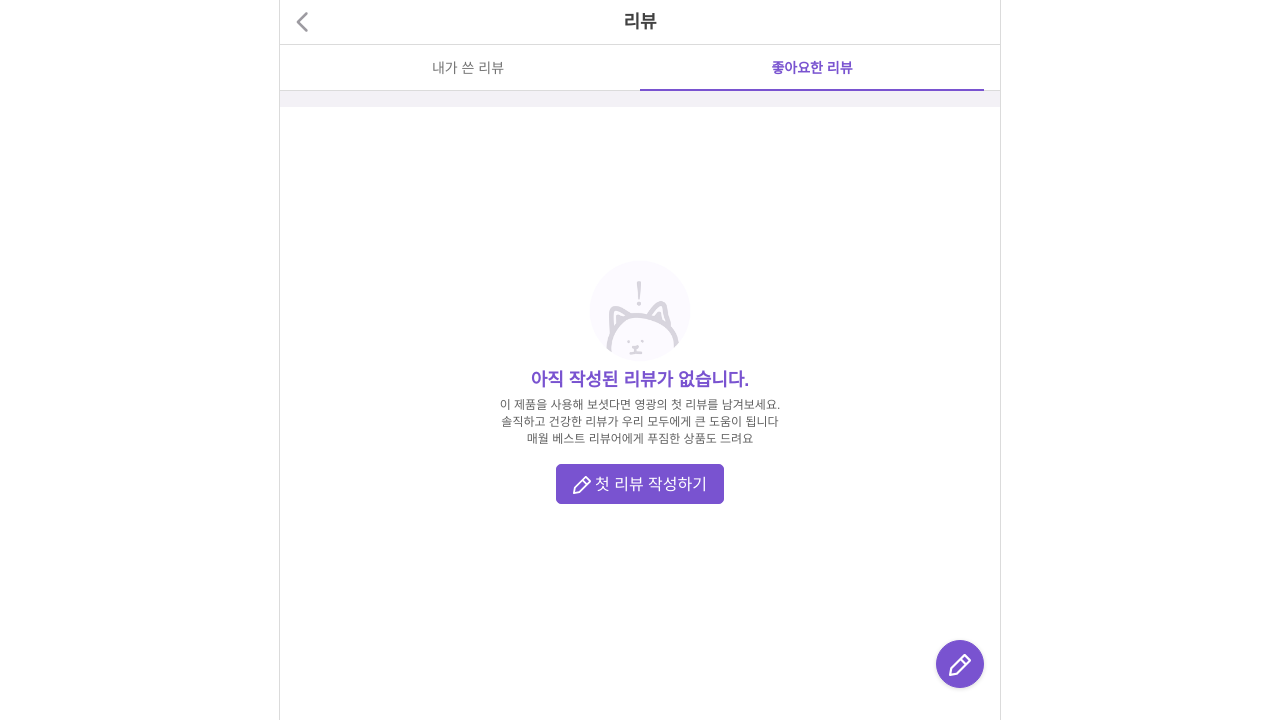
Repository: gosun1018/denguru
Page: my_review_like_noreview.html
These files come from the project's save history. The page is drawn as it stood at one moment and after the next save; the edit follows.
The browser window is 1280 px wide. The pictures show the whole page.
Some web fonts or font styles are not loaded; a fallback is used. The style sheet was rebuilt from its Sass, Less or Tailwind sources for each picture, by a compiler version that may differ from the author's.

Above is the page before, as saved 2020-03-20 17:53:48.

### my_review_like_noreview.html
<!DOCTYPE html>
<html lang="ko">
<head>
    <meta charset="UTF-8">
    <meta name="viewport" content="width=device-width, initial-scale=1.0">
    <title>DENGURU:: 리뷰</title>
    <link rel="stylesheet" href="https://unpkg.com/swiper/css/swiper.min.css">
    <link rel="stylesheet" href="css/main.css">
    <script src="https://unpkg.com/swiper/js/swiper.min.js"></script>
</head>
<body>
    <div class="wrap">
        <header class="header03 header03_white">
            <h1 class="h_title">리뷰</h1>
            <div class="btn_box">
                <a href="index.html" class="btn_goback btn_left">
                    <img src="images/icon-goback.svg" alt="이전페이지" class="icon">
                </a>
            </div>
        </header>
        <div class="main">
            <div class="pd_header03"></div>
            <div class="tab_nav02">
                <a href="my_review_mine.html" class="tab_nav_link"><span>내가 쓴 리뷰</span></a>
                <a href="my_review_like.html" class="tab_nav_link active"><span>좋아요한 리뷰</span></a>
            </div>

            <div class="review_item_container">
                <div class="btn_fixed_box btn_fixed_box_nognb">
                    <a href="home_review_write.html" class="btn btn_circle btn_main btn_write"><img src="images/icon-write.svg" alt="리뷰쓰기" class="icon"></a>
                </div>
                <div class="noreview_message_container">
                    <div>
                        <div class="img_box img_noreview"><img src="images/profile-noimg.png" alt="" class="img"></div>
                        <div class="txt01 txt_center">아직 작성된 리뷰가 없습니다.</div>
                        <div class="txt02 txt_center">
                            이 제품을 사용해 보셧다면 영광의 첫 리뷰를 남겨보세요.
                            <br>
                            솔직하고 건강한 리뷰가 우리 모두에게 큰 도움이 됩니다
                            <br>
                            매월 베스트 리뷰어에게 푸짐한 상품도 드려요
                        </div>
                        <div class="btn_box">
                            <a href="" class="btn btn_center btn_big btn_main btn_noreiew_write">
                                <img src="images/icon-write.svg" alt="" class="icon"> 첫 리뷰 작성하기
                            </a>
                        </div>
                    </div>
                </div>
            </div>
        </div>
        <div class="popup_wrap">
            <div class="popup_container popup_center" id="popupProreviewer">
                <div class="popup_txt_box">
                    <div class="popup_txt_title">
                        프로리뷰어 리뷰란?
                    </div>
                    <div class="popup_txt_sub">
                        댕구루 프로리뷰어로 선정된 사용자가 해당 제품을 무료로 제공받아 댕구루를 대표하는 마음으로 어떠한 가이드 없이 솔직하게 평가한 리뷰 입니다.
                    </div>
                    <div class="popup_txt_sub">
                        프로리뷰어의 리뷰도 일반 리뷰와 동일한 엄격한 확인 과정을 거쳐 작성 기준에 맞지 않을 경우 수정 요청 처리됩니다.
                    </div>
                </div>
                <div class="popup_btn_box">
                    <button class="btn btn_main btn_full_popup" onclick="closePopup('popupProreviewer');">확 인</button>
                </div>

            </div>
        </div>
    </div>

    <script>
        var elBtnProfileHeart = document.querySelectorAll('.btn_profile_heart');//사용자 프로필
        var elReviewHeart = document.querySelectorAll('.btn_like');

        var BTN_NORMAL_LINE = 'btn_normal_line';
        var BTN_MAIN_LINE = 'btn_main_line';
        var hrefHeart = 'images/icon-heart.svg';
        var hrefHeartO = 'images/icon-heart-o.svg';

        function changeBtnStyle(el){
            if(el.classList.contains(BTN_NORMAL_LINE)){
                el.classList.remove(BTN_NORMAL_LINE);
                el.classList.add(BTN_MAIN_LINE);
                el.querySelector('.icon').setAttribute('src',hrefHeart);
                el.blur();
            } else if(el.classList.contains(BTN_MAIN_LINE)){
                el.classList.remove(BTN_MAIN_LINE);
                el.classList.add(BTN_NORMAL_LINE);
                el.querySelector('.icon').setAttribute('src',hrefHeartO);
                el.blur();
            }
        }

        elBtnProfileHeart.forEach(function(el){
            el.addEventListener('click',function(){
                changeBtnStyle(this);
            });
        });

        elReviewHeart.forEach(function(el){
            el.addEventListener('click',function(){
                var elNum = el.querySelector('.num');
                var numberLike = elNum.textContent;

                if(el.classList.contains(BTN_NORMAL_LINE)){
                    elNum.textContent = Number(numberLike) + 1;
                }else if(el.classList.contains(BTN_MAIN_LINE)){
                    elNum.textContent = Number(numberLike) - 1;
                }
                changeBtnStyle(this);
            });
        })

        //프로리뷰어 리뷰팝업
        var elBtnProreviewer = document.querySelectorAll('.btn_proreviewer');
        var elPopupWrap = document.querySelector('.popup_wrap');
        var SHOW = 'show';

        function openPopup(id){
            var elPopupContainer = document.getElementById(id);

            elPopupWrap.classList.add(SHOW);
            elPopupContainer.classList.add(SHOW);
        }
        function closePopup(id){
            var elPopupContainer = document.getElementById(id);

            elPopupWrap.classList.remove(SHOW);
            elPopupContainer.classList.remove(SHOW);
        }

        elBtnProreviewer.forEach(function(el){
            el.addEventListener('click', function(){
                openPopup('popupProreviewer');
            });
        });

        // 리뷰이미지 swiper
        var swiper = new Swiper('.review_list02 .review_img_container', {
            slidesPerView: 'auto',
            spaceBetween: 0,
            freeMode: true,
        });
    </script>
</body>
</html>

### css/scss/main.scss
@charset "utf-8";

//utils
@import "utils/variables";
@import "utils/mixins";
@import "utils/animations";

// base
@import "base/reset";
@import "base/layout";
@import "base/typography";

//modules
@import "modules/swipercustom";
@import "modules/form";
@import "modules/button";
@import "modules/popup";
@import "modules/popover";
@import "modules/toast";
@import "modules/pagination";

//component
@import "component/header";
@import "component/navigation";
@import "component/itemlist";
@import "component/reviewlist";
@import "component/taglist";
@import "component/postlist";
@import "component/postcontent";

//pages
@import "pages/mainpg";
@import "pages/search";
@import "pages/resister-pet";
@import "pages/review";
@import "pages/home-item-info";
@import "pages/gostore";
@import "pages/password-mail-complete";
@import "pages/storelist";
@import "pages/my-main";
@import "pages/my-notification";
@import "pages/members";
@import "pages/withdrawal";
@import "pages/order-history";

### css/scss/utils/_mixins.scss
@mixin clearfix {
    &:after {
        content: '';
        display: block;
        clear: both;
    }
}

@mixin position-center($position) {
    position: $position;
    top: 50%;
    left: 50%;
    transform: translate(-50%, -50%);
}

@mixin one-line-ellipsis {
    white-space: nowrap;
    text-overflow: ellipsis;
    overflow: hidden;
}

@mixin multi-line-ellipsis ($line-height, $lines) {
    overflow: hidden;
    text-overflow: ellipsis;
    display: -webkit-box;
    -webkit-line-clamp: $lines;
    -webkit-box-orient: vertical;
    word-wrap: break-word;
    line-height: $line-height;
    height: $line-height * $lines * 1em;
}

@mixin circle ($box-size) {
    width: $box-size;
    height: $box-size;
    border-radius: $box-size / 2;
}

@mixin blind {
    position: absolute;
    overflow: hidden;
    clip: rect(0 0 0 0);
    margin: -1px;
    width: 1px;
    height: 1px;
}

@mixin layout-frame {
    width: 100%;
    max-width: 720px;
    min-width: 320px;
}

@mixin thumnail {
    position: relative;
    overflow: hidden;

    .img {
        position: absolute;
        top: 0;
        left: 0;
        width: 100%;
        height: 100%;
        object-fit: cover;
    }
}

@mixin thumnail-border($radius) {
    position: relative;

    &:after {
        content: '';
        position: absolute;
        top: 0;
        left: 0;
        width: 100%;
        height: 100%;
        box-sizing: border-box;
        border: 1px solid rgba($gray-2, 0.5);
        border-radius: $radius;
    }
}

@mixin btn-color-full($color) {
    background-color: $color;
    border: 1px solid $color;
}

### css/scss/utils/_animations.scss
@keyframes width-0-to-100 {
    from {
        width: 0;
    }

    to {
        width: 100%;
    }
}

### css/scss/base/_reset.scss
/* http://meyerweb.com/eric/tools/css/reset/
   v2.0 | 20110126
   License: none (public domain)
*/

html, body, div, span, applet, object, iframe, h1, h2, h3, h4, h5, h6, p, blockquote, pre, a, abbr, acronym, address, big, cite, code, del, dfn, em, img, ins, kbd, q, s, samp, small, strike, strong, sub, sup, tt, var, b, u, i, center, dl, dt, dd, ol, ul, li, fieldset, form, label, legend, table, caption, tbody, tfoot, thead, tr, th, td, article, aside, canvas, details, embed, figure, figcaption, footer, header, hgroup, menu, nav, output, ruby, section, summary, time, mark, audio, video {
    margin: 0;
    padding: 0;
    border: 0;
    font-size: 100%;
    font: inherit;
    vertical-align: baseline; }

  /* HTML5 display-role reset for older browsers */

  article, aside, details, figcaption, figure, footer, header, hgroup, menu, nav, section {
    display: block; }

  body {
    line-height: 1; }

  ol, ul {
    list-style: none; }

  blockquote, q {
    quotes: none; }

  blockquote {
    &:before, &:after {
      content: '';
      content: none; } }

  q {
    &:before, &:after {
      content: '';
      content: none; } }

  table {
    border-collapse: collapse;
    border-spacing: 0; }

  a {
    color: inherit;
    text-decoration: none;
  }
  :focus {
    outline-color: $main-color;
  }

### css/scss/base/_layout.scss
body {
    display: flex;
    min-height: 100vh;
    font-family: $base-font-family;
}
.blind {
    @include blind;
}
.clearfix {
    @include clearfix;
}
.wrap {
    display: flex;
    flex-direction: column;
    flex: 1;
    @include layout-frame;
    margin: 0 auto;
    background-color: $bg-gray-color;
}
@media screen and (min-width: 722px) {
    .wrap {
        border-right: $light-border;
        border-left: $light-border;
    }
}
.main {
    display: flex;
    flex-direction: column;
    min-height: 100vh;
}
.img_box {
    font-size: 0;

    .img {
        width: 100%;
        font-size: 12px;
    }
}
.vis_hidden {
    visibility: hidden;
}
.sect01 {
    padding: $layout-base-padding*3 0 0;
    margin-bottom: $layout-base-padding;
    background-color: $gray-0;

    .btn_box_bottom {
        margin-top: $layout-large-padding;
    }
    .btn_more {
        display: block;
        height: $layout-base-padding * 3;
        line-height: $layout-base-padding * 3;
        font-size: $base-font-size;
        border-top: $light-border;
        text-align: center;
        color: $main-font-color;
        font-weight: bold;

        .icon {
            width: 1.1em;
            vertical-align: middle;
        }
    }
}
.sect02 {
    padding: $layout-base-padding*3 0;
    margin-bottom: $layout-base-padding;
    background-color: $gray-0;

    .swiper-pagination {
        bottom: 0;
    }
    .items_wrap {
        padding-bottom: 10px;
    }
}
.sect03 {
    padding: $layout-small-padding;
    background-color: $gray-0;
}
.sect04 {
    margin-top: $layout-base-padding;
    background-color: $gray-0;
}
.sect05 {
    padding: $layout-large-padding 0;
    background-color: $gray-0;
}
.sect06 {
    padding: $layout-base-padding*2 0;
    background-color: $gray-0;
}
.sect_ad01 {
    font-size: 0;

    .bnr {
        width: 100%;
        font-size: 12px;
    }
}
.mt_head02 {
    margin-top: $layout-base-padding * 3.5;
}

### css/scss/modules/_swipercustom.scss
.swiper-pagination {

    .swiper-pagination-bullet {
        width: 10px;
        height: 10px;
    }
}
.swiper-container-horizontal>.swiper-pagination-bullets .swiper-pagination-bullet {
    margin: 0 $layout-small-padding;
}

.pagination_main {

    .swiper-pagination-bullet-active {
        background-color: $main-color;
    }
}
.swiper-pagination {font-size: 0;}

.items_wrap.swiper-container {
    padding: 0 $layout-base-padding 10px;
}

### css/scss/modules/_popover.scss
.popover_container {
    position: relative;
}
.popover {
    display: none;
    position: absolute;
    padding: 8px;
    border-radius: $base-border-radius;
    word-break: keep-all;
    font-size: $base-font-size;
    line-height: $base-line-height;
    box-shadow: 0 1px 4px rgba(0,0,0,0.15);

    &:before {
        content: '';
        position: absolute;
        display: block;
        width: 0;
        height: 0;
        border: 5px solid transparent;
    }
    &.show {
        display: block;
    }
}
.popover_main {
    background-color: $main-color;
    color: $gray-0;

    &.popover_right_top:before {
        border-bottom-color: $main-color;
    }
}
.popover_right_top{
    top: calc(100% + 5px);
    right: -3px;

    &:before {
        top: -10px;
        right: 5px;
    }
}

### css/scss/modules/_toast.scss
.toast_box {
    position: fixed;
    bottom: $gnb-bottom-height;
    left: $layout-base-padding;
    right: $layout-base-padding;
    display: flex;
    justify-content: center;
    align-items: center;
    padding: $layout-small-padding;
    min-height: 48px;
    box-sizing: border-box;
    background-color: rgba(0,0,0,0.85);
    color: #fff;
    font-size: $base-font-size;
    line-height: $base-line-height;
    text-align: center;
    word-break: keep-all;
    border-radius: $large-border-radius;
    overflow: hidden;
    visibility: hidden;
    opacity: 0;
    transition: opacity .5s, visibility .5s, transform .5s;
    z-index: 900;

    &.show {
        opacity: 1;
        visibility: visible;
        transform: translate(0, $layout-small-padding*-1);
    }
}

### css/scss/modules/_pagination.scss
.pagination01 {
    display: flex;
    justify-content: center;

    .page {
        height: 24px;
        min-width: 24px;
        padding: 0 3px;
        box-sizing: border-box;
        border-radius: 12px;
        margin: 0 4px;
        text-align: center;
        font-size: $base-font-size;
        line-height: 24px;
        color: $light-font-color;

        &.active {
            background-color: $main-color;
            color: $gray-0;
            font-weight: 900;
        }
        &.disabled {
            opacity: .5;
        }
    }
    .page_link {
        display: block;
        width: 100%;
        height: 100%;
    }
}

### css/scss/component/_taglist.scss
.tag_list01 {

    .tag_item {
        width: fit-content;
        float: left;

        .btn {
            margin: 0 4px;
        }
        &:first-child .btn {
            margin-left: $layout-base-padding;
        }
        &:last-child .btn {
            margin-right: $layout-base-padding;
        }

        &.active .btn {
            font-weight: bold;
            background-color: $secondary-color;
            border-color: $secondary-color;
        }
    }
}

### css/scss/component/_postlist.scss
.post_list_wrap {
    flex: 1;
    padding: $layout-small-padding 0 $layout-base-padding;
    background-color: $gray-0;

    .pagination01 {
        margin-top: $layout-base-padding * 2;
    }
}

.post_list01 {
    padding: 0 $layout-base-padding;

    .post_item {
        padding: $layout-base-padding 0;
        border-bottom: $light-border;
    }
    .post_date {
        margin-bottom: $layout-small-padding;
        font-size: $small-font-size;
        color: $light-font-color;
    }
    .post_title {
        font-size: $base-font-size;
        color: $bold-font-color;
        @include multi-line-ellipsis($base-line-height,2);
        height: auto;
        max-height: $base-line-height * 2em;

        .icon_new {
            height: 1em;
            vertical-align: middle;
        }
    }
}

### css/scss/component/_postcontent.scss
.post_content_wrap {
    flex: 1;
    display: flex;
    flex-direction: column;
}
.post_content_title_container {
    padding: $layout-base-padding;
    border-bottom: $light-border;

    .post_content_title {
        font-size: $large-font-size;
        line-height: $base-line-height;
        font-weight: bold;
        color: $base-font-color;
    }
    .post_content_date {
        margin-top: $layout-small-padding;
        font-size: $small-font-size;
        color: $light-font-color;
    }
}
.post_content_article {
    min-height: 200px;
    padding: $layout-large-padding $layout-base-padding;
    background-color: $gray-0;
    font-size: $mid-font-size;
    line-height: $mid-line-height;
    color: $base-font-color;
}
.post_content_link_container {
    flex: 1;
    padding: 0 $layout-base-padding;
    margin-top: $layout-base-padding;
    background-color: $gray-0;

    .post_content_link_box {
        margin-top: $layout-small-padding;
    }
    .post_content_link {
        display: flex;
        align-items: center;
    }
    .icon_box {
        width: 24px;
        height: 24px;

        .img {
            width: 100%;
            height: 100%;
        }
    }
    .post_page {
        margin: 0 $layout-small-padding;
        font-size: $mid-font-size;
        color: $base-font-color;
    }
    .post_title {
        font-size: $base-font-size;
        color: $bold-font-color;
        @include one-line-ellipsis;
    }

}

### css/scss/pages/_gostore.scss
.h_load_bar_box {
    display: none;
    width: 100%;
    height: 4px;
    background-color: $bg-gray-color;
    overflow: hidden;

    &.show {
        display: block;
    }

    .h_load_bar {
        width: 0;
        height: 100%;
        background-color: $main-color;
        border-radius: 0 2px 2px 0;
        animation: ease-in-out 5s forwards width-0-to-100;
    }
}

.load_gostore_container {
    display: none;
    flex: 1;
    box-sizing: border-box;
    flex-direction: column;
    background-color: $gray-0;

    &.show {
        display: flex;
    }

    .load_img_container {
        display: flex;
        flex: 7;
        justify-content: center;
        align-items: center;
    }
    .load_img_box {
        width: 140px;
        margin: 0 auto 22px;
    }
    .load_txt_box {
        text-align: center;

        .txt01 {
            font-size: 20px;
            color: $base-font-color;
            font-weight: 900;
        }
        .txt02 {
            margin-top: $layout-small-padding;
            font-size: $large-font-size;
            color: $base-font-color;
        }
        .emph {
            color: $main-font-color;
        }
    }
    .load_notice_container {
        display: flex;
        justify-content: center;
        align-items: center;
        flex: 3;
        background-color: $gray-1;
        text-align: center;
        font-size: $small-font-size;
        line-height: $base-line-height;
        color: $light-font-color;
    }
}
.page_store {
    display: none;
    flex: 1;
    overflow-y: auto;
    overflow-x: hidden;

    &.show {
        display: block;
    }
}

### css/scss/pages/_password-mail-complete.scss
.mail_complete_container {
    height: 100vh;
    display: flex;
    flex-direction: column;
    justify-content: center;
    align-items: center;
    background-color: $gray-0;

    .img_motion_box {
        width: 140px;
        margin: 0 auto;

        .img {
            width: 100%;
        }
    }
    .mail_complete_txt01 {
        margin-top: $layout-large-padding;
        text-align: center;
        font-size: 20px;
        line-height: $narrow-line-height;
        font-weight: 900;

        .emph {
            color: #8054ea;
        }
    }
    .mail_complete_txt02 {
        margin-top: 12px;
        text-align: center;
        font-size: $base-font-size;
        line-height: $base-line-height;
        color: $base-font-color;
    }
    .btn_box {
        margin-top: 60px;
        justify-content: center;
    }
    .btn_mail_success {
        width: 90px;
        height: 40px;
        font-size: $large-font-size;
        line-height: 40px;
    }
}

### css/scss/pages/_my-notification.scss
.notification_list_container {
    background-color: $gray-0;

    .notification_box {
        position: relative;
        padding: $layout-large-padding $layout-base-padding;

        &:not(:first-child):before {
            content: '';
            display: block;
            position: absolute;
            top: 0;
            left: $layout-base-padding;
            right: $layout-base-padding;
            height: 1px;
            background-color: $gray-1;
        }
    }
    .notification_new {
        background-color: $bg-gray-color;
    }
    .notification_link {
        display: flex;
    }
    .icon_box {
        flex-shrink: 0;
        width: 24px;
        height: 24px;
        margin-right: $layout-base-padding;
    }
    .notification_content {
        flex: 1;
    }
    .notification_title {
        font-size: $base-font-size;
        color: $bold-font-color;
        line-height: $base-line-height;
    }
    .notification_date {
        margin-top: 4px;
        font-size: $small-font-size;
        color: $light-font-color;
    }
    .notification_img {
        margin-top: $layout-base-padding;
    }
}

### css/scss/pages/_withdrawal.scss
.withdrawal_title_container {
    padding: $layout-base-padding*2 $layout-base-padding;
    background-color: $gray-0;

    .img_box {
        height: 64px;

        .img {
            height: 100%;
            object-fit: contain;
        }
    }
    .withdrawal_title {
        margin-top: $layout-base-padding;
        font-size: $title-font-size;
        font-weight: bold;
        color: $bold-font-color;
    }
}
.withdrawal_info_container {
    padding: $layout-large-padding 0;

    .withdrawal_item_num {
        font-weight: bold;
        color: $main-font-color;
    }
    .title07 {
        margin: 0 $layout-base-padding;
    }
}
.withdrawal_item_box {
    margin-bottom: $layout-large-padding;

    .withdrawal_item_list_container {
        margin-top: $layout-small-padding;
    }
    .thumb_box {
        width: 56px;
        height: 56px;
        overflow: hidden;
        border-radius: $base-border-radius;
        @include thumnail;
    }
    .withdrawal_item_bnr {
        margin: $layout-base-padding $layout-base-padding 0;
    }
}
.withdrawal_notice_box {
    padding: 0 $layout-base-padding;

    .withdrawal_notice {
        margin-top: $layout-small-padding;
        font-size: $small-font-size;
        color: $base-font-color;
        line-height: $base-line-height;
    }
}
.withdrawal_btn_container {
    flex: 1;
    padding: $layout-large-padding $layout-base-padding;
    background-color: $gray-0;

    .btn_box {
        margin-top: $layout-large-padding;
    }
}

Loaded but not shown: css/scss/component/_reviewlist.scss (472 lines, source omitted); css/scss/modules/_form.scss (411 lines, source omitted); css/scss/pages/_review.scss (391 lines, source omitted); css/scss/pages/_search.scss (393 lines, source omitted); css/scss/component/_header.scss (401 lines, source omitted); css/scss/component/_itemlist.scss (212 lines, source omitted); css/scss/modules/_popup.scss (207 lines, source omitted); css/scss/pages/_home-item-info.scss (180 lines, source omitted); css/scss/pages/_my-main.scss (173 lines, source omitted); css/scss/pages/_storelist.scss (163 lines, source omitted); css/scss/pages/_order-history.scss (143 lines, source omitted); css/scss/modules/_button.scss (175 lines, source omitted); css/scss/component/_navigation.scss (140 lines, source omitted); css/scss/pages/_mainpg.scss (124 lines, source omitted); css/scss/pages/_resister-pet.scss (116 lines, source omitted); css/scss/pages/_members.scss (106 lines, source omitted); css/scss/base/_typography.scss (99 lines, source omitted); css/scss/utils/_variables.scss (79 lines, source omitted)

After the next save:
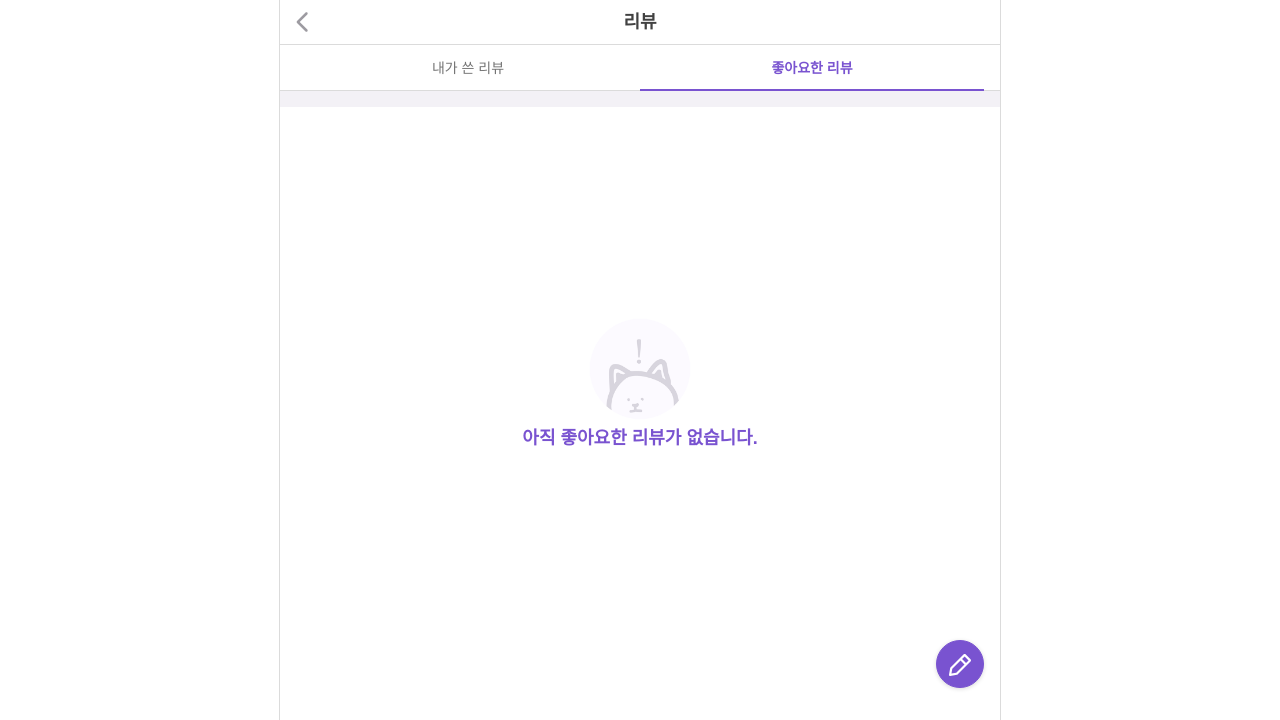
Saved 51 s later.
--- a/my_review_like_noreview.html
+++ b/my_review_like_noreview.html
@@ -32,19 +32,8 @@
                 <div class="noreview_message_container">
                     <div>
                         <div class="img_box img_noreview"><img src="images/profile-noimg.png" alt="" class="img"></div>
-                        <div class="txt01 txt_center">아직 작성된 리뷰가 없습니다.</div>
-                        <div class="txt02 txt_center">
-                            이 제품을 사용해 보셧다면 영광의 첫 리뷰를 남겨보세요.
-                            <br>
-                            솔직하고 건강한 리뷰가 우리 모두에게 큰 도움이 됩니다
-                            <br>
-                            매월 베스트 리뷰어에게 푸짐한 상품도 드려요
-                        </div>
-                        <div class="btn_box">
-                            <a href="" class="btn btn_center btn_big btn_main btn_noreiew_write">
-                                <img src="images/icon-write.svg" alt="" class="icon"> 첫 리뷰 작성하기
-                            </a>
-                        </div>
+                        <div class="txt01 txt_center">아직 좋아요한 리뷰가 없습니다.</div>
+
                     </div>
                 </div>
             </div>
